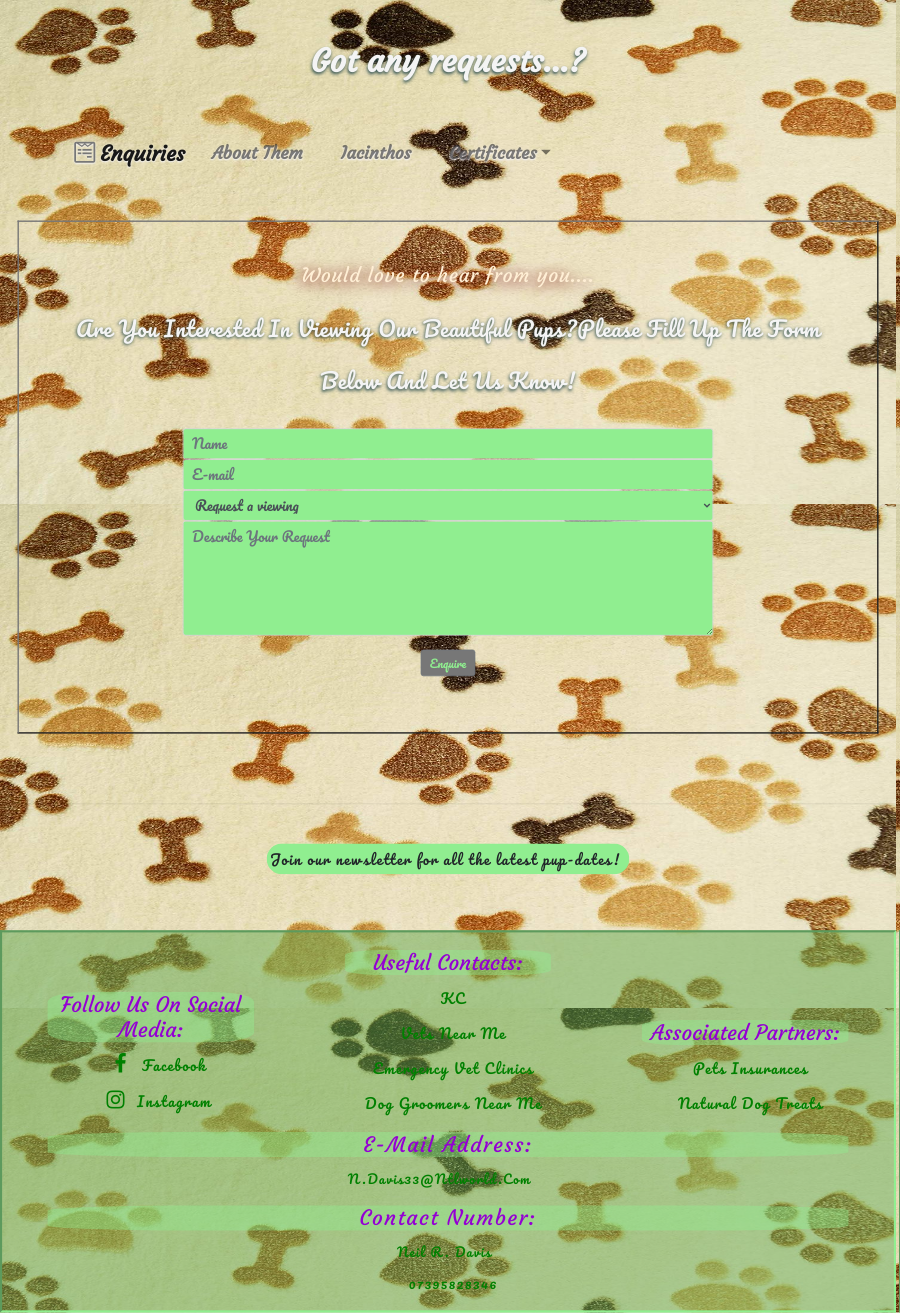
Repository: Code-Institute-Submissions/GeorgiosSklav-Iacinthos-blog
Page: request-form.html
The author's editor kept a record of every edit. The page is drawn from the files as they stood at one moment, then again after the next edit.
The browser window is 1280 px wide. The page is 1285 px wide, then 1280 px, then 1285 px, so the pictures cover 1285 px, including what lies to the right of the window. The pictures show the whole page, at 70% of full size.
Backgrounds fixed to the window are drawn as part of the page.

Above is the page before.

After the next edit:
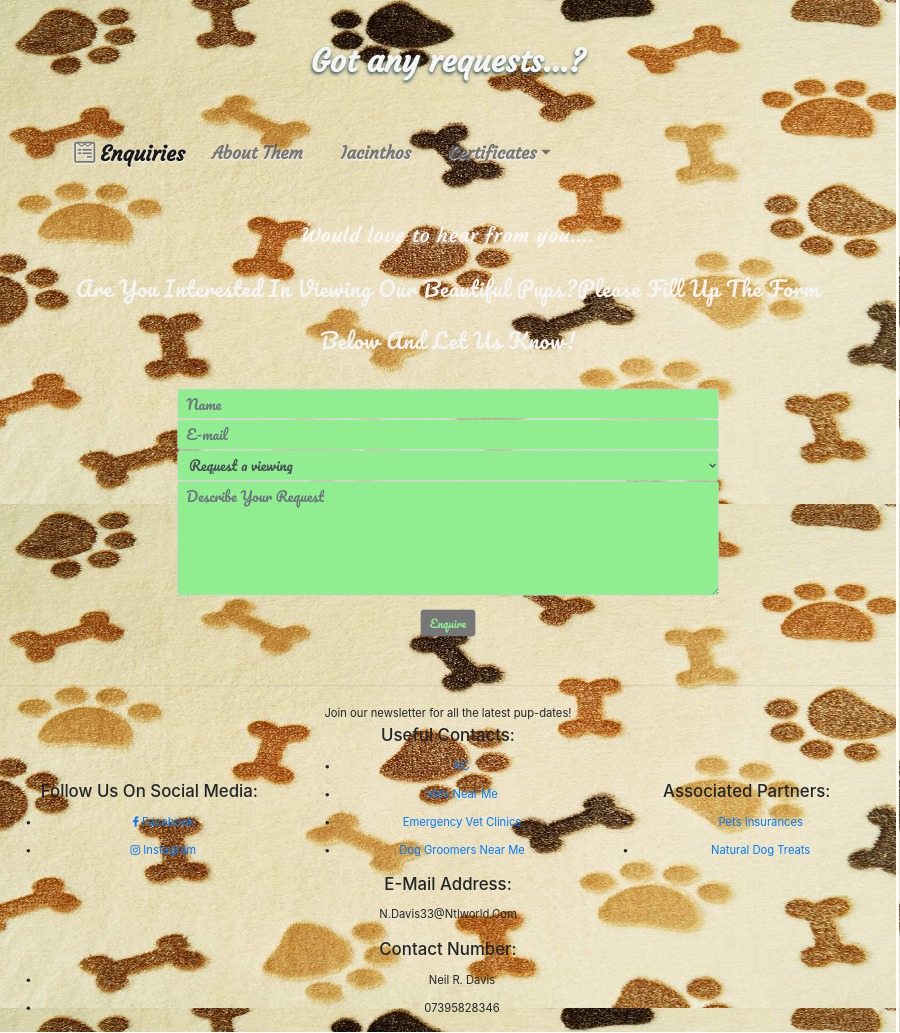
The edit:
--- a/style.css
+++ b/style.css
@@ -192,13 +192,13 @@
     font-family: "Pacifico", sans-serif;
     font-size: 30px;
     letter-spacing: 1px;
-    color: #f4f4f4;/*#f8f8ff*/
+    color: #f4f4f4;/*/
     text-shadow: -1px 2px 5px #2f4f4f;
 }
 /*text-shadow: -3px 2px 3px #00008b;*/
 .about .about-title {
-    color: #ffefd5;
-    text-shadow: -3px 2px 20px #750909;
+    color: #f8f8ff;
+    text-shadow: -3px 2px 5px /*#750909*/#ffefd5;;
 }
 
 #frame {

After the edit that followed:
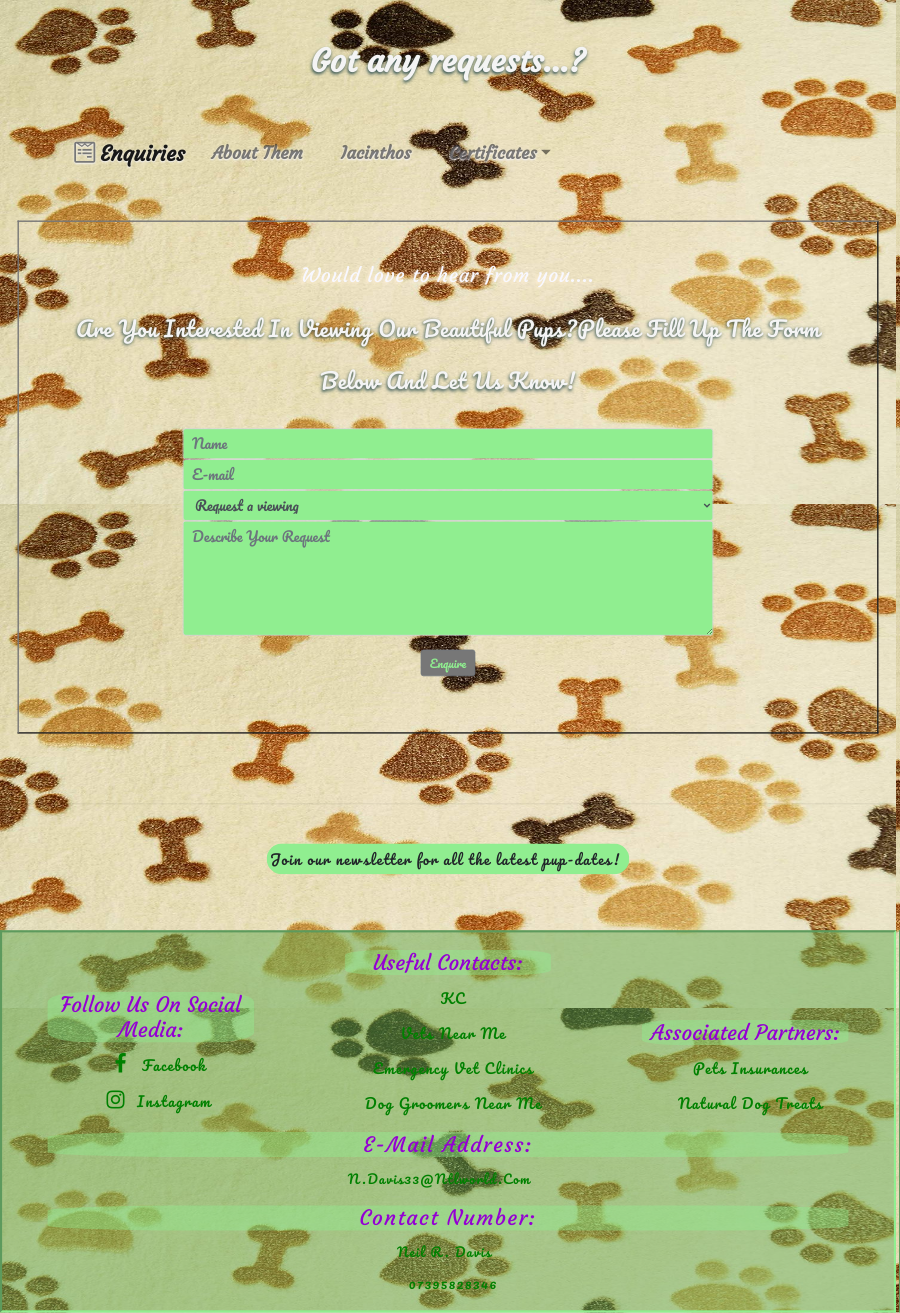
The edit:
--- a/style.css
+++ b/style.css
@@ -192,7 +192,7 @@
     font-family: "Pacifico", sans-serif;
     font-size: 30px;
     letter-spacing: 1px;
-    color: #f4f4f4;/*/
+    color: #f4f4f4;
     text-shadow: -1px 2px 5px #2f4f4f;
 }
 /*text-shadow: -3px 2px 3px #00008b;*/
